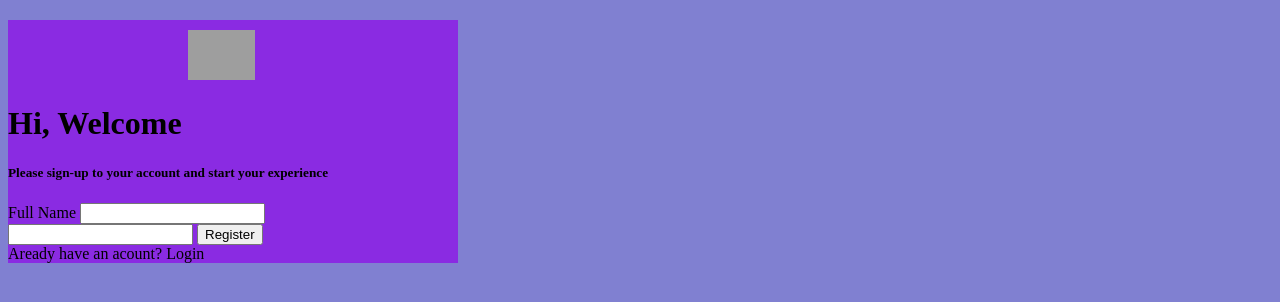
Repository: KingBoyMaylow/movie-task
Page: index.html
The author's editor kept a copy of each file at every save. The page is drawn from the files as they stood at one save, then again after a run of saves.
The browser window is 1280 px wide. The pictures show the whole page.
Pictures or frames that could not be fetched are drawn as grey boxes.

Above is the page before, as saved 2024-05-20 08:25:57.

### index.html
<!DOCTYPE html>
<html>
<head>
    <link rel="stylesheet" href="html.css">
  <title>document</title>
</head>
<body>
    <div class="sign-up-div">
        <img src="download.png" alt="div">
        <h1>Hi, Welcome</h1>
  <h5>Please sign-up to your account and start your experience</h5>

  <form action="signup.php" method="post">
    <label for="Full Name">Full Name</label>
    <input type="text" id="Full Name" name="Full Name" required><br>

    <i class="mdi mdi-label:"></i>
    <input type="email" name="" id=">">



    <input type="submit" value="Register">
  </form>
  <span>Aready have an acount?</span> <span>Login</span>
    </div>

</form>
</body>
</html>

### html.css
body{
    background-color:  rgb(128, 128, 209);
}
.sign-up-div{
    background-color: blueviolet;
    width: 450px;
    margin-top: 20px;
}
img{
    height: 50px;
    cursor: pointer;
    margin-left: 40%;
    margin-top: 10px;
}

After the next 2 saves:
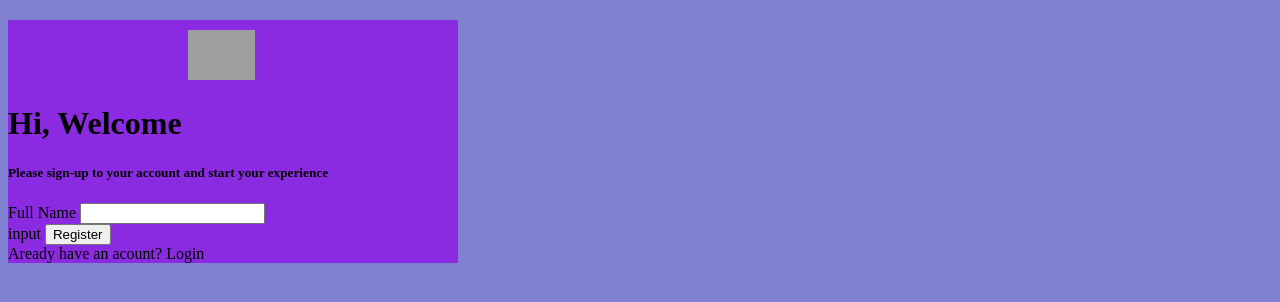
The 2 saves are shown as one change because they came seconds apart.
The last was saved 10 s later.
--- a/index.html
+++ b/index.html
@@ -15,7 +15,7 @@
     <input type="text" id="Full Name" name="Full Name" required><br>
 
     <i class="mdi mdi-label:"></i>
-    <input type="email" name="" id=">">
+    input
 
 
 

After the save that followed:
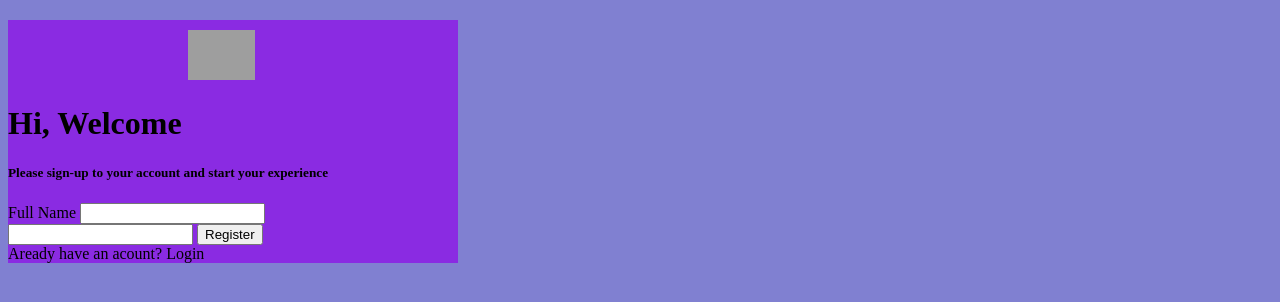
Saved 6 s later.
--- a/index.html
+++ b/index.html
@@ -15,7 +15,7 @@
     <input type="text" id="Full Name" name="Full Name" required><br>
 
     <i class="mdi mdi-label:"></i>
-    input
+    <input type="email" name="" id="">
 
 
 
